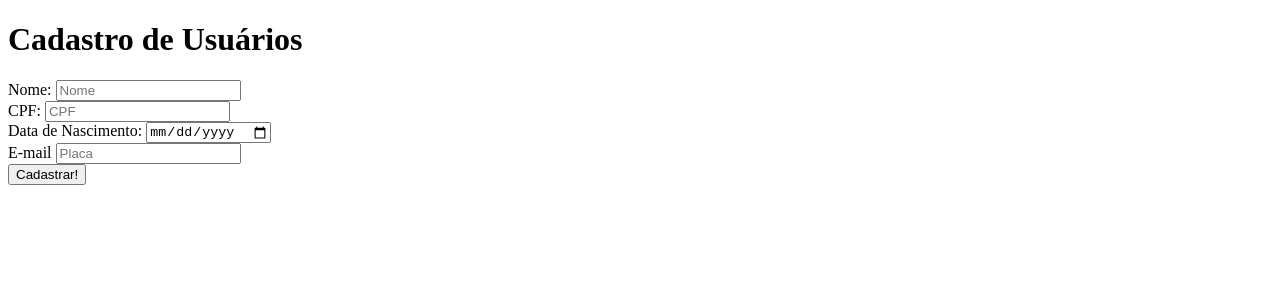
Repository: Najarin321/SiteJSP
Page: Java/FirstSite/WebContent/index.html
An editor plug-in stored every save of this project. The page is shown before and after the next save, followed by the edit.
The browser window is 1280 px wide. The pictures show the whole page.

Above is the page before, as saved 2020-01-11 02:35:21.

### Java/FirstSite/WebContent/index.html
<!DOCTYPE html>
<html>

<head>
	<meta charset="UTF-8">
	<title>Asilo 10 - Home</title>
</head>

<body>
	<h1>Cadastro de Usuários</h1>
	<!--  Action indica o endereço para o qual encaminharei o arquivo -->
	<form action="Cadastro"  method="post">
		<div>
			<label>Nome:</label>
			<input type="text" placeholder="Nome" name="nome"></input>
		</div>
		<div>
			<label>CPF:</label>
			<input type="text" placeholder="CPF" name="cpf" ></input>
		</div>
		<div>
			<label>Data de Nascimento:</label>
			<input type="date" placeholder="dd/mm/aaaa" name="data_nasc"></input>
		</div>
		<div>
			<label>E-mail</label>
			<input type="text" placeholder="Placa" name="email"></input>
		</div>
		<button >Cadastrar!</button>
	</form>
</body>

</html>

After the next save:
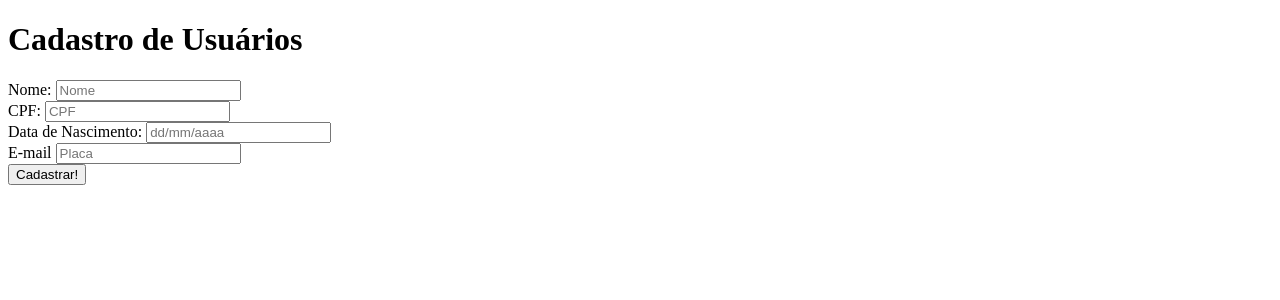
Saved 32 s later.
--- a/Java/FirstSite/WebContent/index.html
+++ b/Java/FirstSite/WebContent/index.html
@@ -20,7 +20,7 @@
 		</div>
 		<div>
 			<label>Data de Nascimento:</label>
-			<input type="date" placeholder="dd/mm/aaaa" name="data_nasc"></input>
+			<input type="text" placeholder="dd/mm/aaaa" name="data_nasc"></input>
 		</div>
 		<div>
 			<label>E-mail</label>
